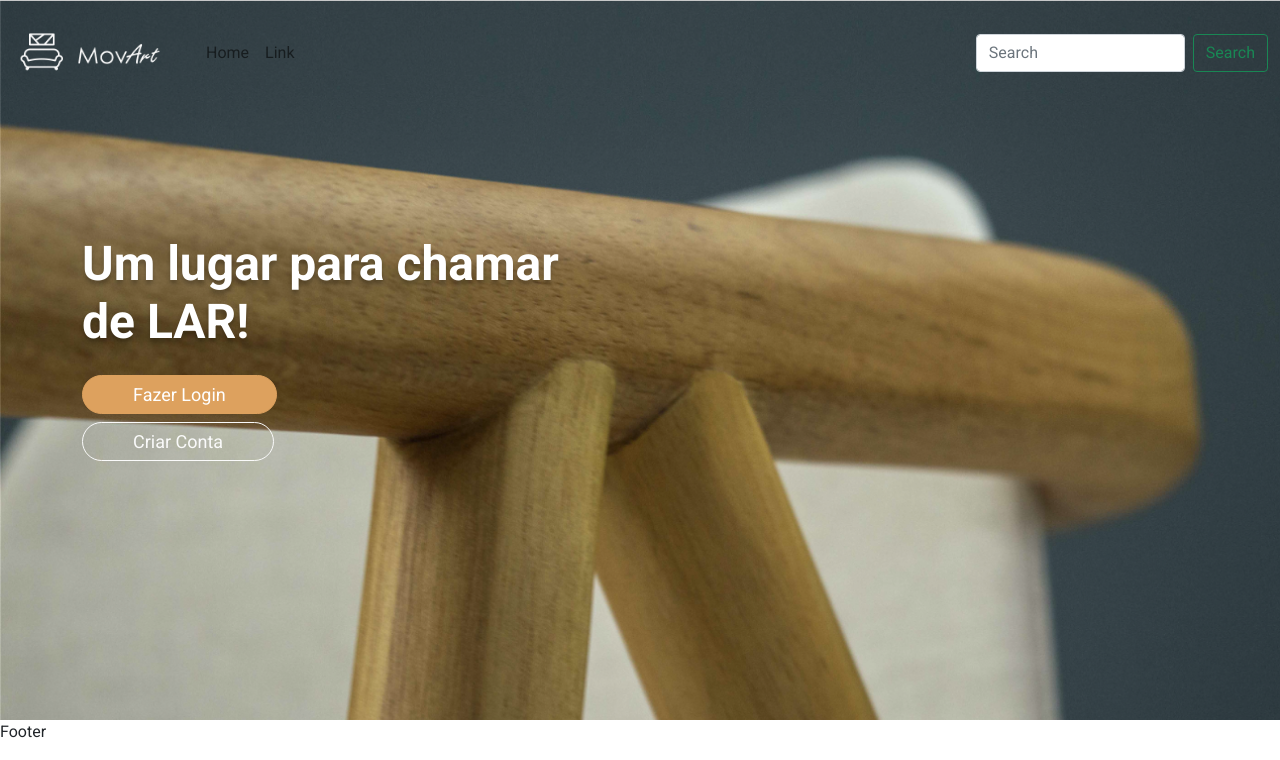
Repository: telesbp/Projeto-4-e-Projeto-5
Page: / (app in front-end/)
An editor plug-in stored every save of this project. The page is shown before and after the next save, followed by the edit.
The browser window is 1280 px wide. The pictures show the whole page.
The project was rebuilt for these pictures with package versions that can differ from the ones it lists, and the page was loaded fresh each time.

Above is the page before, as saved 2022-07-17 17:19:16.

### front-end/public/index.html
<!DOCTYPE html>
<html lang="pt-BR">
  <head>
    <meta charset="utf-8" />
    <link rel="icon" href="%PUBLIC_URL%/favicon.ico" />
    <meta name="viewport" content="width=device-width, initial-scale=1" />
    <meta name="theme-color" content="#000000" />
    <meta
      name="description"
      content="Seu negócio automatizado!"
    />
    <link rel="apple-touch-icon" href="%PUBLIC_URL%/logo192.png" />
    <!--
      manifest.json provides metadata used when your web app is installed on a
      user's mobile device or desktop. See https://developers.google.com/web/fundamentals/web-app-manifest/
    -->
    <link rel="manifest" href="%PUBLIC_URL%/manifest.json" />
    <!--
      Notice the use of %PUBLIC_URL% in the tags above.
      It will be replaced with the URL of the `public` folder during the build.
      Only files inside the `public` folder can be referenced from the HTML.

      Unlike "/favicon.ico" or "favicon.ico", "%PUBLIC_URL%/favicon.ico" will
      work correctly both with client-side routing and a non-root public URL.
      Learn how to configure a non-root public URL by running `npm run build`.
    -->
    <title>Stagio</title>

    <link rel="preconnect" href="https://fonts.googleapis.com">
    <link rel="preconnect" href="https://fonts.gstatic.com" crossorigin>
    <link href="https://fonts.googleapis.com/css2?family=Roboto:wght@400;700&display=swap" rel="stylesheet">
  </head>
  <body>
    <noscript>You need to enable JavaScript to run this app.</noscript>
    <div id="root"></div>
    <!--
      This HTML file is a template.
      If you open it directly in the browser, you will see an empty page.

      You can add webfonts, meta tags, or analytics to this file.
      The build step will place the bundled scripts into the <body> tag.

      To begin the development, run `npm start` or `yarn start`.
      To create a production bundle, use `npm run build` or `yarn build`.
    -->
  </body>
</html>

### front-end/src/index.tsx
import React from 'react';
import ReactDOM from 'react-dom/client';
import App from './App';
import 'bootstrap/dist/css/bootstrap.min.css';
import { BrowserRouter } from 'react-router-dom';
import 'react-toastify/dist/ReactToastify.css';
import { ToastContainer } from 'react-toastify';
import { GlobalStyle } from './assets/css/global';

const root = ReactDOM.createRoot(
  document.getElementById('root') as HTMLElement
);
root.render(
  <React.StrictMode>
    <BrowserRouter>
    <GlobalStyle/>
      <App />
      <ToastContainer/>
    </BrowserRouter>
  </React.StrictMode>
);

### front-end/src/App.tsx
import { HomeView } from "./views/Home";

function App() {
  return (
    <HomeView/>
  );
}

export default App;

### front-end/src/assets/css/global.ts
import { createGlobalStyle } from "styled-components";

export const GlobalStyle = createGlobalStyle`
    body{
       font-family: 'Roboto', sans-serif;
    }
`

### front-end/src/views/Home/index.tsx
import { Container } from "react-bootstrap";
import styled from "styled-components";
import bgSite from "../../assets/img/cadeira1.png"
import { CustomButton } from "../../components/CustomButton";
import { Layout } from "../../components/Layout";

export function HomeView(){
    return(
        <Layout>
            <Banner className="vh-100">
                <Container className="h-100 d-flex flex-column justify-content-center align-items-center align-items-lg-start">
                    <Title className="text-center text-white text-lg-start mt-auto mt-lg-0 ">Um lugar para chamar de LAR!</Title>
                    <CustomButton size="lg" to="login" variant="primary" className="mt-auto mt-lg-3 mb-2">Fazer Login</CustomButton>
                    <CustomButton size="lg" to="cadastro" variant="outline-primary" className="mb-4">Criar Conta</CustomButton>
                </Container>
            </Banner>
        </Layout>
    )
}

const Banner = styled.div`
    background: url(${bgSite}) no-repeat center center;
    background-size: cover;
`
const Title = styled.h1`
    font-size: 2.25rem;
    font-weight: bold;
    text-shadow: 0 4px 4px rgba(0, 0, 0, 0.25);
    @media (min-width: 992px){
        font-size: 3rem;
        max-width: 500px;
    }
`

### front-end/src/components/CustomButton/index.tsx
import { Button, ButtonProps, Spinner } from "react-bootstrap";
import { LinkContainer } from "react-router-bootstrap";
import styled from "styled-components";

type Props = ButtonProps & {
    loading?: boolean
    to?: string
}

export function CustomButton({children, loading, to, ...otherProps}: Props) {
    const button = (
        <ButtonStyled {...otherProps}>
            {loading && (
                <Spinner animation="border" role="status" size="sm" className="me-2">
                    <span className="visually-hidden">Carregando...</span>
                </Spinner>
            )}
            {children}
        </ButtonStyled>
    )
    if (to){
        return(
            <LinkContainer to={to}>
                {button}
            </LinkContainer>
        )
    }
    return button
}
const ButtonStyled = styled(Button)`
    border-radius: 50px;
    font-weight: 500;
    padding:5px 50px 5px 50px;
    ${props => props.size ==='lg' && `
        font-size: 1.125rem;
    `}
    ${props => (props.variant === "primary" || !props.variant) && `
        background-color: #dda15e;
        border-color: #dda15e;
        &:hover {
            background-color: #bc6c25;
            border-color: #bc6c25;
        }
    `}
    ${props => (props.variant === "outline-primary" || !props.variant) && `
        border-color: #fafafa;
        color: #fafafa;
        &:hover {
            background-color: #dda15e;
            border-color: #dda15e;
        }
    `}
`

### front-end/src/components/Layout/index.tsx
import { Header } from "./Header"

type Props = {
    children: React.ReactNode
}
export const Layout: React.FC<Props> = ({children}) => {
    return (
        <>
            <Header/>
            {children}
            <p>Footer</p>
        </>
    )
}

### front-end/src/components/Layout/Header.tsx
import { Button, Container, Form, Nav, Navbar, NavDropdown } from "react-bootstrap";
import { Link } from "react-router-dom";
import LogoBrand from "../../assets/img/logobranca.png"
export function Header() {
    return(
        <Navbar fixed="top" expand="lg">
        <Container fluid>
          <Navbar.Brand to="/" as={Link}>
            <img src={LogoBrand} alt="MovArt" width={170} height={80}/>
          </Navbar.Brand>
          <Navbar.Toggle aria-controls="basic-navbar-nav" />
        <Navbar.Collapse id="basic-navbar-nav">
          <Nav className="me-auto">
            <Nav.Link href="#home">Home</Nav.Link>
            <Nav.Link href="#link">Link</Nav.Link>
        </Nav>
            <Form className="d-flex">
              <Form.Control
                type="search"
                placeholder="Search"
                className="me-2"
                aria-label="Search"
              />
              <Button variant="outline-success">Search</Button>
            </Form>
          </Navbar.Collapse>
        </Container>
      </Navbar>
    )
}

After the next save:
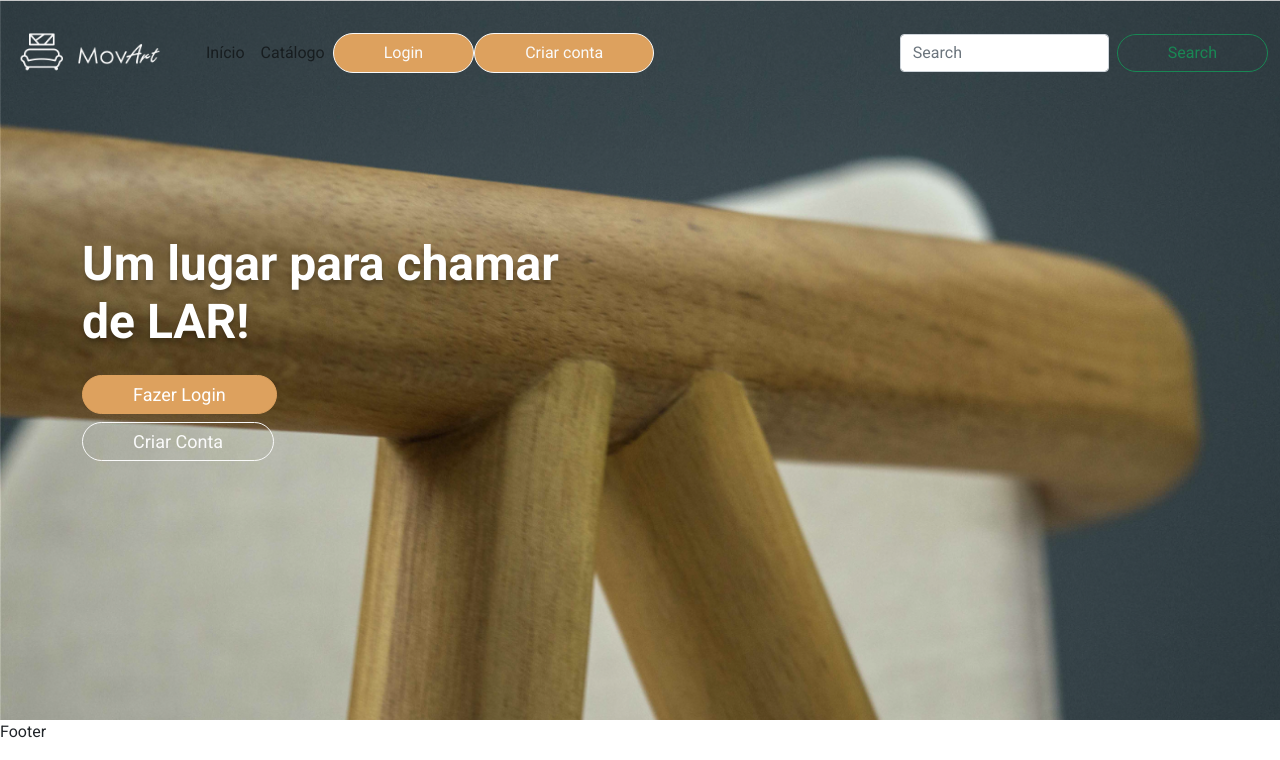
Saved 107 s later.
--- a/front-end/src/components/Layout/Header.tsx
+++ b/front-end/src/components/Layout/Header.tsx
@@ -1,6 +1,7 @@
 import { Button, Container, Form, Nav, Navbar, NavDropdown } from "react-bootstrap";
 import { Link } from "react-router-dom";
 import LogoBrand from "../../assets/img/logobranca.png"
+import { CustomButton } from "../CustomButton";
 export function Header() {
     return(
         <Navbar fixed="top" expand="lg">
@@ -11,8 +12,10 @@ export function Header() {
           <Navbar.Toggle aria-controls="basic-navbar-nav" />
         <Navbar.Collapse id="basic-navbar-nav">
           <Nav className="me-auto">
-            <Nav.Link href="#home">Home</Nav.Link>
-            <Nav.Link href="#link">Link</Nav.Link>
+            <Nav.Link href="#home">Início</Nav.Link>
+            <Nav.Link href="#link">Catálogo</Nav.Link>
+            <CustomButton>Login</CustomButton>
+            <CustomButton>Criar conta</CustomButton>
         </Nav>
             <Form className="d-flex">
               <Form.Control
@@ -21,7 +24,7 @@ export function Header() {
                 className="me-2"
                 aria-label="Search"
               />
-              <Button variant="outline-success">Search</Button>
+              <CustomButton variant="outline-success">Search</CustomButton>
             </Form>
           </Navbar.Collapse>
         </Container>
